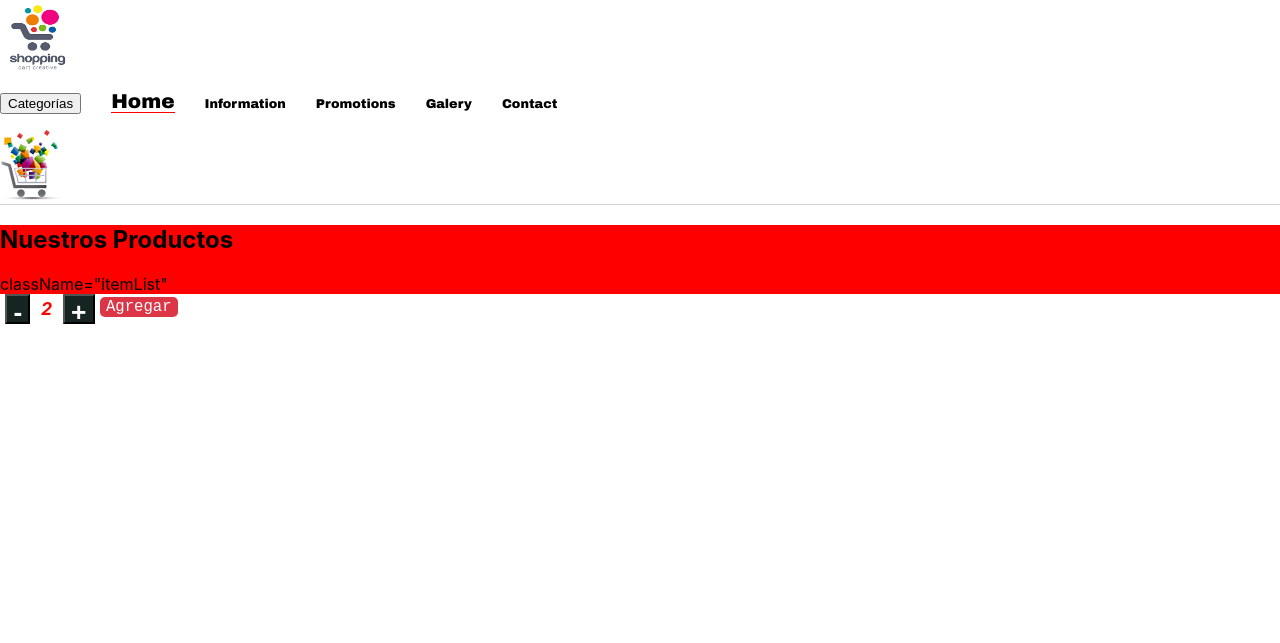
Repository: gustavomanuelquintana/CoderRepository
Page: / (app in cards-commers/)
The author's editor kept a copy of each file at every save. The page is drawn from the files as they stood at one save, then again after the next save.
The browser window is 1280 px wide. The pictures show the whole page.
The project was rebuilt for these pictures with package versions that can differ from the ones it lists, and the page was loaded fresh each time.

Above is the page before, as saved 2020-10-31 13:33:08.

### cards-commers/src/App.js
import React from "react";
import NavBar from "./Components/NavBar/NavBar";
import ItemListContainer from "./Components/ItemListContainer/ItemListContainer";
import ItemCount from "./Components/ItemCount/ItemCount";

function App() {
  let stock= 14;
  const handleAdd = (counter) => {
    return ({stock}) => {
      if (stock <=0){
        alert('No hay stock')
      }else {
        alert(`Se van agregar ${counter} articulos`)
      }
    }
  }

  return (
    <div className="App">
        <NavBar />
        <ItemListContainer titulo='Aquí van los Items'/>
        <ItemCount onAdd={handleAdd}  stock={stock} initial={2} />
    </div>
  );
}

export default App;

### cards-commers/src/Components/NavBar/NavBar.js
import React from "react";
import ImageNavBar from "../../Images/cards-logo.png";
import CartWidget from "../CartWidget/CartWidget";
import Dropdown from "react-bootstrap/Dropdown";
import "./NavBar.css";

const styleFont = {
  fontSize: 20,
  borderBottom: "1px solid red",
};

function NavBar() {
  return (
    <div className=" col-12">
      <div className="header-navBar col-12">
        <div className="row col-12">
          <div className="Logo-navBar col-1">
            <a href="index.html">
            <img src={ImageNavBar} alt="logo" width="75" height="70" />
            </a>
          </div>
          <div className="Links-navBar col-10 mt-3">
            <ul className="List-navBar">
              <li>
                <Dropdown>
                  <Dropdown.Toggle  variant="danger" id="dropdown-basic">
                    Categorías
                  </Dropdown.Toggle>

                  <Dropdown.Menu>
                    <Dropdown.Item   href="#/action-1">
                      Deportes / Fitness
                    </Dropdown.Item>
                    <Dropdown.Item href="#/action-2">
                      Hogar / Electrodomésticos
                    </Dropdown.Item>
                    <Dropdown.Item href="#/action-3">Vehículos</Dropdown.Item>
                  </Dropdown.Menu>
                </Dropdown>
              </li>
              <li>
                <a style={styleFont} href="#">
                  Home
                </a>
              </li>
              <li>
                <a href="#">Information</a>
              </li>
              <li>
                <a href="#">Promotions </a>
              </li>
              <li>
                <a href="#">Galery</a>
              </li>
              <li>
                <a href="#">Contact</a>
              </li>
            </ul>
          </div>
          <div className="carrito-navBar col-1">
            <CartWidget />
          </div>
        </div>
      </div>
    </div>
  );
}

export default NavBar;

### cards-commers/src/Components/ItemListContainer/ItemListContainer.js
import React, {useState, useEffect} from 'react';
import './ItemListContainer.css';
import ItemList from './ItemList/ItemList';

const getList = () => {
    return new Promise( (res) => {
        let products;
        res(
            products = ["nike", "Airmax", "Running fast"]
        )
    });
}


function ItemListContainer({titulo}){
    const [itemList, setItemList] = useState([]);

    // Use effect
    useEffect( () => {
        getList().then( mercaderia => {
           setItemList(mercaderia);
        });
    },[]); // End useEffect

    return (
        <div className="container">
            <h2>Nuestros Productos</h2>
        <ItemList items={itemList} />
        </div>
    );
}



export default ItemListContainer;

### cards-commers/src/Components/ItemCount/ItemCount.js
import React, {useState} from 'react';
import ButtonsCount from './ButtonsCount/ButtonsCount';
import ViewCount from './ViewCount/ViewCount';
import AgregarCount from './AgregarCount/AgregarCount';


    const styleContain={
        backgroundColor:"white",
        display:"flex",
    }
    const styleBox = {
        color:"red",
        fontWeight:"bold",
        fontSize:"1.1em",
        lineHeight:"18px",
        display:"flex",
        justifyContent:"center",
        width:"100px",
        height:"30px",
    }
    const boxAdd ={
        fontWeight: "bold",
        fontSize: "1em",
        color: "red",
    }
    export default function ItemCount({onAdd,stock,initial}) {
        let [counter, counterState] = useState(initial);

    const onClickButton = (amount) => {
        return () => {
            let total = (amount < 0) ? 0 : amount;
            let limiter = (total > stock) ? stock: total;
            counterState(limiter);

        }
    }

    let props = {counter, counterState}

    return (
        <div className="section-car" style={styleContain}>
        <div className="box-count" style={styleBox}>
            <ButtonsCount suma={false} onClick={onClickButton} {...props} />
             <ViewCount value={counter}/>
             <ButtonsCount suma={true} onClick={onClickButton}  {...props}/>
        </div>

        <div  className="box-add" style={boxAdd}> <AgregarCount onAdd= {onAdd} {...{counter}}/> </div>
        </div>
        );
}

### cards-commers/src/Components/CartWidget/CartWidget.js
import React from 'react';
import ImageCarrito from "../../Images/carrito-img.png";

function CartWidget(){
    return (
        <a href="#">
         <img src={ImageCarrito}/>
        </a>
    )
}

export default CartWidget;

### cards-commers/src/Components/NavBar/NavBar.css
img {
  max-width: 100%;
}
.header-navBar {
  background-color: white;
  display: flex;
  width: 100%;
  border-bottom: 1px solid lightgrey;
}

.Logo-navBar img {
  max-height: 8em;
  max-width: 8em;
}
.Links-navBar ul li {
  display: inline-block;
  margin-right: 35px;
  margin: 0 70px 0 -40px;
}
.Links-navBar ul li a {
  color: black;
  font-family: Arial Black;
  font-size: 0.8em;
  font-weight: bold;
  text-decoration: none;
}

### cards-commers/src/Components/ItemListContainer/ItemListContainer.css
.container{
    width:100%;
    max-height:100vh;
    background-color:red;
}

### cards-commers/src/Components/ItemListContainer/ItemList/ItemList.js
import React, {useState, useEffect} from 'react';
import './ItemList.css';





function ItemList({items}){
return <div> className="itemList"

     </div>
}


export default ItemList;

### cards-commers/src/Components/ItemCount/ButtonsCount/ButtonsCount.js
import React from "react";
const styleButton = {
    fontWeight: "bold",
    fontSize:"1.5em",
    background: "#172522",
    color: "white",
    margin:"0 auto",
    height:"100%",
}

export default function ButtonsCount({suma,onClick,counter,counterState}) {

    let signo = suma ? '+' : '-';

    let amount = suma ? (counter + 1) : (counter - 1);

  return ( <button onClick={onClick(amount)} style={styleButton}>{signo}</button> )
}

### cards-commers/src/Components/ItemCount/ViewCount/ViewCount.js
import React from 'react';

const countnumber = {
    margin:"0.35em auto",
    fontStyle:"italic",

}

export default function ViewCount({value}){

    return(
        <div style={countnumber} className="countNumber">{value}</div>
    )
}

### cards-commers/src/Components/ItemCount/AgregarCount/AgregarCount.js
import React from 'react';

const agregarcount = {
    borderRadius:"5px",
    border:"none",
    margin:"0.2em auto",
    background:"#dc3545",
    color:"white",
    fontFamily:"monospace",
    fontSize:"1.2em",
}
export default function AgregarCount({onAdd, counter}){

    const agregarCount = () =>{};

    return(
        <div>
            <button style={agregarcount} onClick={onAdd(counter)}>Agregar</button>
        </div>
    )
}

### cards-commers/src/Components/ItemListContainer/ItemList/ItemList.css
.itemList{
    width:300px;
    height:300px;
    background-color:white;
}

Loaded but not shown: cards-commers/public/index.html (common file); cards-commers/src/index.js (common file); cards-commers/src/index.css (common file); cards-commers/src/serviceWorker.js (common file)

After the next save:
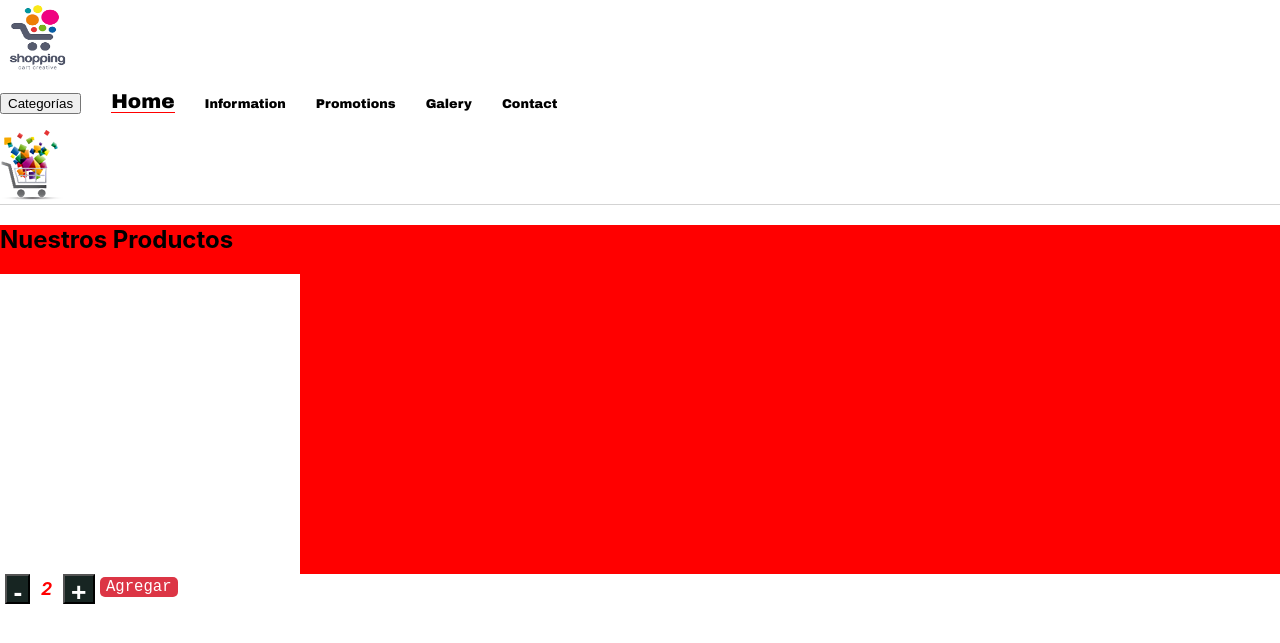
Saved 28 s later.
--- a/cards-commers/src/Components/ItemListContainer/ItemList/ItemList.js
+++ b/cards-commers/src/Components/ItemListContainer/ItemList/ItemList.js
@@ -6,7 +6,7 @@ import './ItemList.css';
 
 
 function ItemList({items}){
-return <div> className="itemList"
+return <div className="itemList">
 
      </div>
 }
